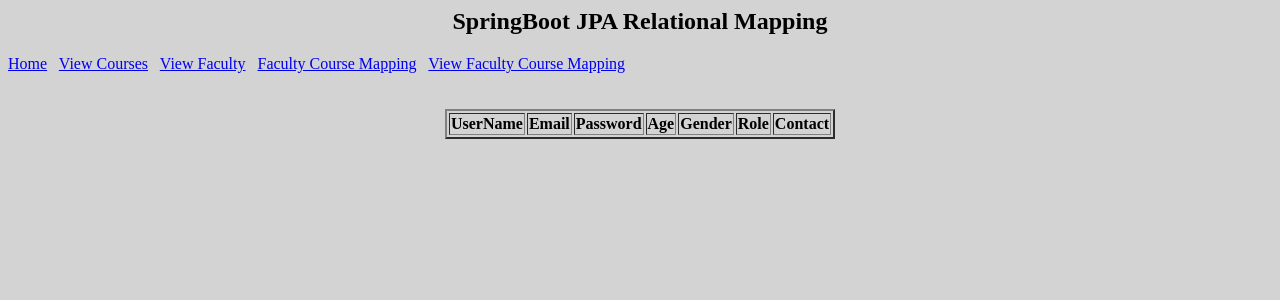
Repository: chaitanyasivathmika/NutrientDiet
Page: http://localhost/NutrientDiet/viewallusers.jsp
The author's editor kept a copy of each file at every save. The page is drawn from the files as they stood at one save, then again after a run of saves.
The browser window is 1280 px wide. The pictures show the whole page.
The page is served by Tomcat 10. Other server files are loaded and not shown.

Above is the page before, as saved 2024-11-15 13:44:57.

### NutrientDiet/src/main/webapp/viewallusers.jsp
<%@ page contentType="text/html; charset=ISO-8859-1" isELIgnored="false"%>
<%@ taglib uri="jakarta.tags.core" prefix="c"%>

<html>

<head>
<title>JPA Mapping</title>
<style>

body
{
	background-color: lightgrey;
}
.button {
  background-color: black;
  border: none;
  color: white;
  padding: 15px 32px;
  text-align: center;
  text-decoration: none;
  display: inline-block;
  font-size: 16px;
  margin: 4px 2px;
  cursor: pointer;
}

input[type=text],input[type=password],input[type=number],input[type=email],
select,input[type=date],input[type=datetime-local]
{
  width: 100%;
  padding: 12px 20px;
  margin: 8px 0;
  display: inline-block;
  border: 1px solid #ccc;
  border-radius: 4px;
  box-sizing: border-box;
}

label
{
  padding: 12px 12px 12px 0;
  display: inline-block;
  font-weight: bold;
}
</style>
</head>

<body>

<h2 align="center">SpringBoot JPA Relational Mapping</h2>

<a href="/">Home</a>&nbsp;&nbsp;
<a href="viewallcourses">View Courses</a>&nbsp;&nbsp;
<a href="viewallfaculty">View Faculty</a>&nbsp;&nbsp;
<a href="fcoursemapping">Faculty Course Mapping</a>&nbsp;&nbsp;
<a href="viewfcoursemapping">View Faculty Course Mapping</a>&nbsp;&nbsp;


<br><br><br>

<table align="center" border="2" style="text-align: center">

<tr style="font-weight: bold;">
<td>UserName</td>
<td>Email</td>
<td>Password</td>
<td>Age</td>
<td>Gender</td>
<td>Role</td>
<td>Contact</td>
</tr>

<c:forEach items="${userlist}" var="userlist">
<%-- <c:if test="${fcm.facultytype='MAIN' }"> --%>
<tr>
<td><c:out value="${userlist.uusername}" /></td>
<td><c:out value="${userlist.uemail}" /></td>
<td><c:out value="${userlist.upassword}" /></td>
<td><c:out value="${userlist.uage}" /></td>
<td><c:out value="${userlist.ugender}" /></td>
<td><c:out value="${userlist.urole}" /></td>
<td><c:out value="${userlist.ucontact}" /></td>
</tr>
<%-- </c:if> --%>
</c:forEach>

</table>

</body>
</html>

After the next 2 saves:
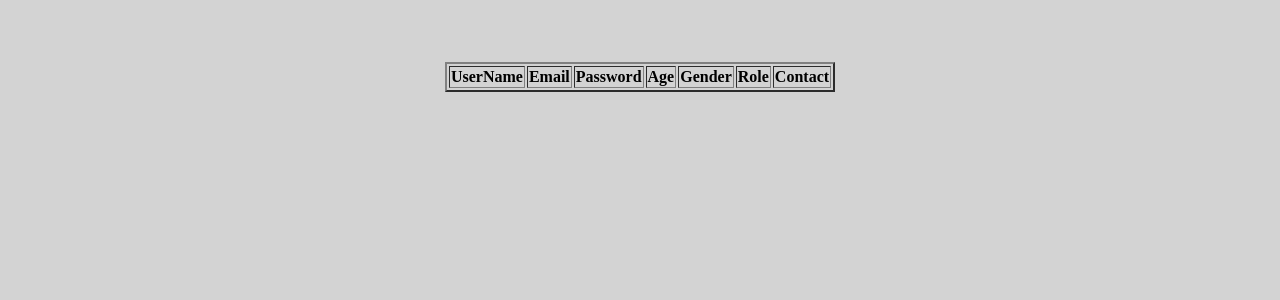
The 2 saves are shown as one change because they came seconds apart.
The last was saved 27 s later.
--- a/NutrientDiet/src/main/webapp/viewallusers.jsp
+++ b/NutrientDiet/src/main/webapp/viewallusers.jsp
@@ -47,13 +47,6 @@ label
 
 <body>
 
-<h2 align="center">SpringBoot JPA Relational Mapping</h2>
-
-<a href="/">Home</a>&nbsp;&nbsp;
-<a href="viewallcourses">View Courses</a>&nbsp;&nbsp;
-<a href="viewallfaculty">View Faculty</a>&nbsp;&nbsp;
-<a href="fcoursemapping">Faculty Course Mapping</a>&nbsp;&nbsp;
-<a href="viewfcoursemapping">View Faculty Course Mapping</a>&nbsp;&nbsp;
 
 
 <br><br><br>
